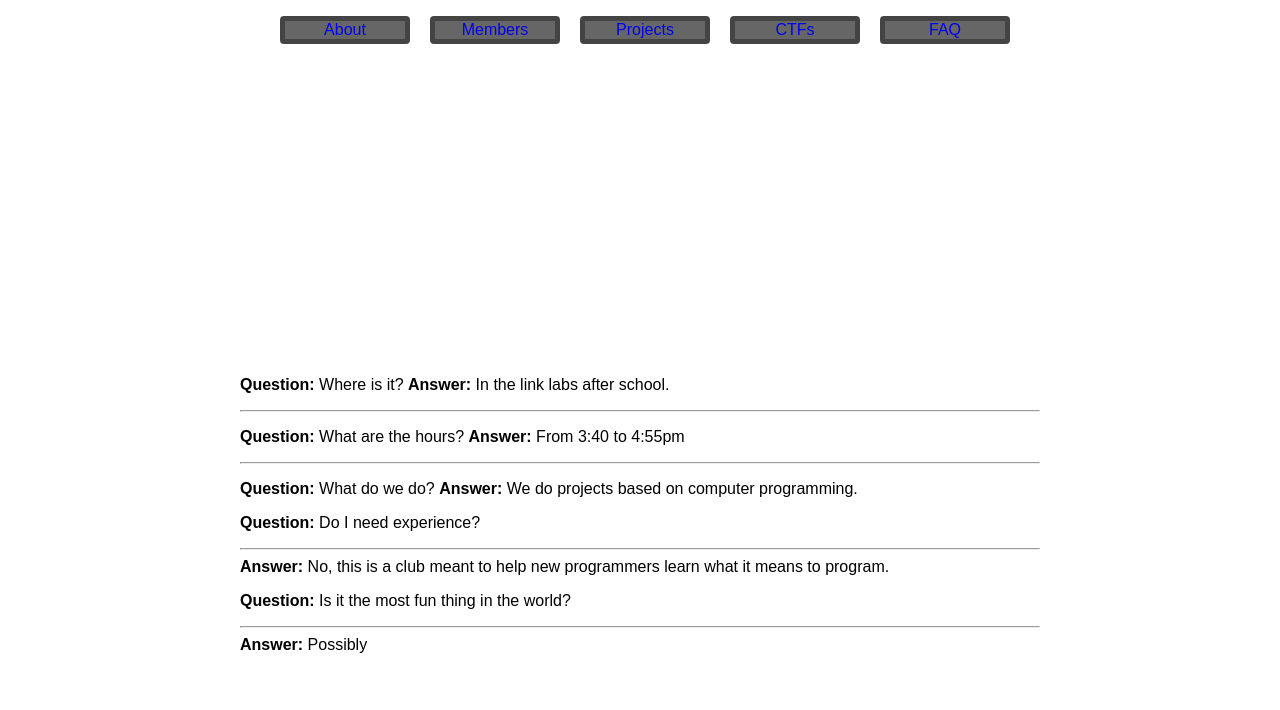
Repository: MrGSHS/mrgshs.github.io
Page: faq.html
The author's editor kept a record of every edit. The page is drawn from the files as they stood at one moment, then again after the next edit.
The browser window is 1280 px wide. The pictures show the whole page.

Above is the page before.

After the next edit:
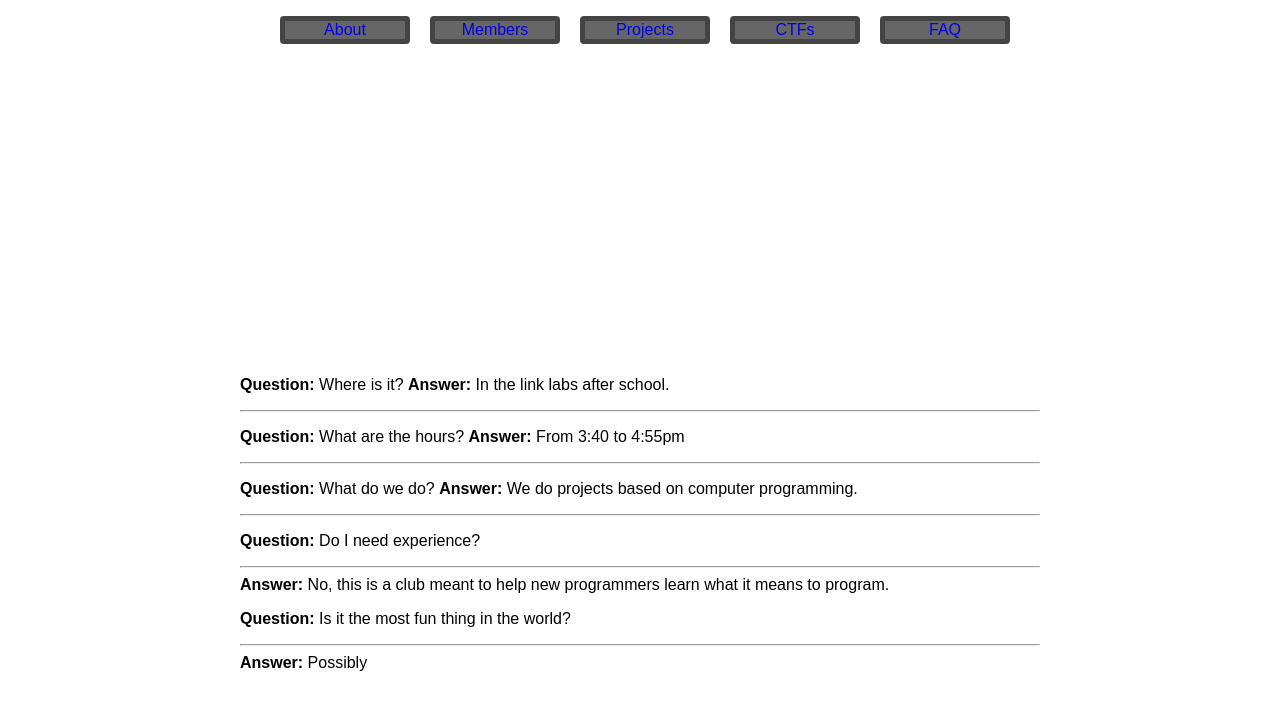
The edit:
--- a/faq.html
+++ b/faq.html
@@ -81,7 +81,7 @@
 
     <b>Answer:</b>
     We do projects based on computer programming.
-</p>
+</p><hr/>
 <p>
     <b>Question:</b>
     Do I need experience?
